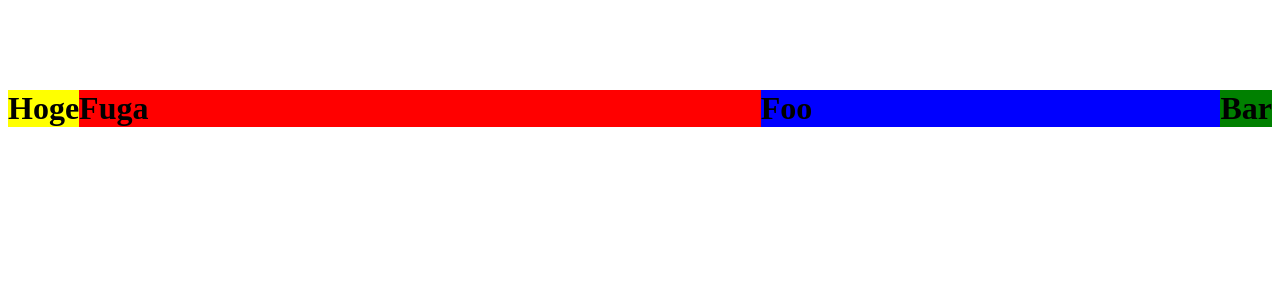
Repository: mizoguhi/mizoguhi
Page: 004_navigation/flex_navigation.html
The author's editor kept a record of every edit. The page is drawn from the files as they stood at one moment, then again after the next edit.
The browser window is 1280 px wide. The pictures show the whole page.

Above is the page before.

### 004_navigation/flex_navigation.html
<!DOCTYPE html>
<html lang="en">
<head>
    <meta charset="UTF-8">
    <meta name="viewport" content="width=device-width, initial-scale=1.0">
    <meta http-equiv="X-UA-Compatible" content="ie=edge">
    <title>Document</title>
    <style>
        #sort {
            display: flex;
            flex-direction: row;
            flex-wrap: wrap;
            justify-content: space-between;
            align-items: center;
            height: 200px;
        }
        #sort .b {
            flex-grow: 2;
        }
        #sort .r {
            flex-grow: 3;
        }

        .y { background-color: yellow; }
        .r { background-color: red; }
        .g { background-color: green; }
        .b { background-color: blue; }
    </style>
</head>
<body>
    <div id="sort">
        <h1 class="y">Hoge</h1>
        <h1 class="r">Fuga</h1>
        <h1 class="b">Foo</h1>
        <h1 class="g">Bar</h1>
    </div>
</body>
</html>

After the next edit:
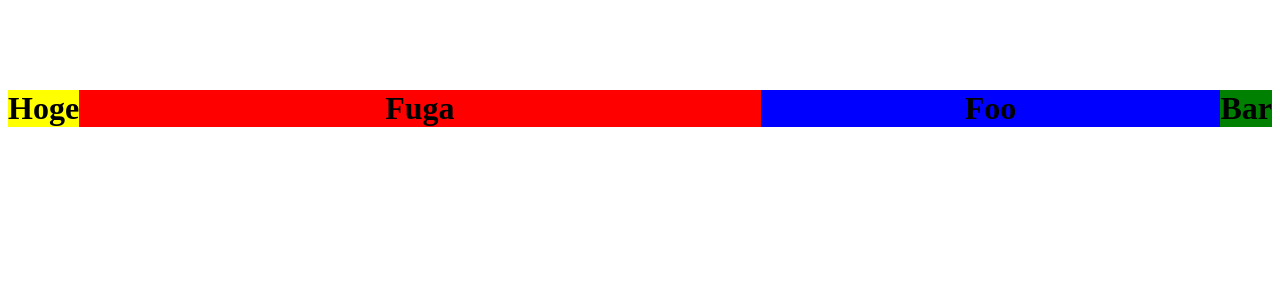
The edit:
--- a/004_navigation/flex_navigation.html
+++ b/004_navigation/flex_navigation.html
@@ -13,6 +13,9 @@
             justify-content: space-between;
             align-items: center;
             height: 200px;
+        }
+        #sort h1 {
+            text-align: center
         }
         #sort .b {
             flex-grow: 2;
